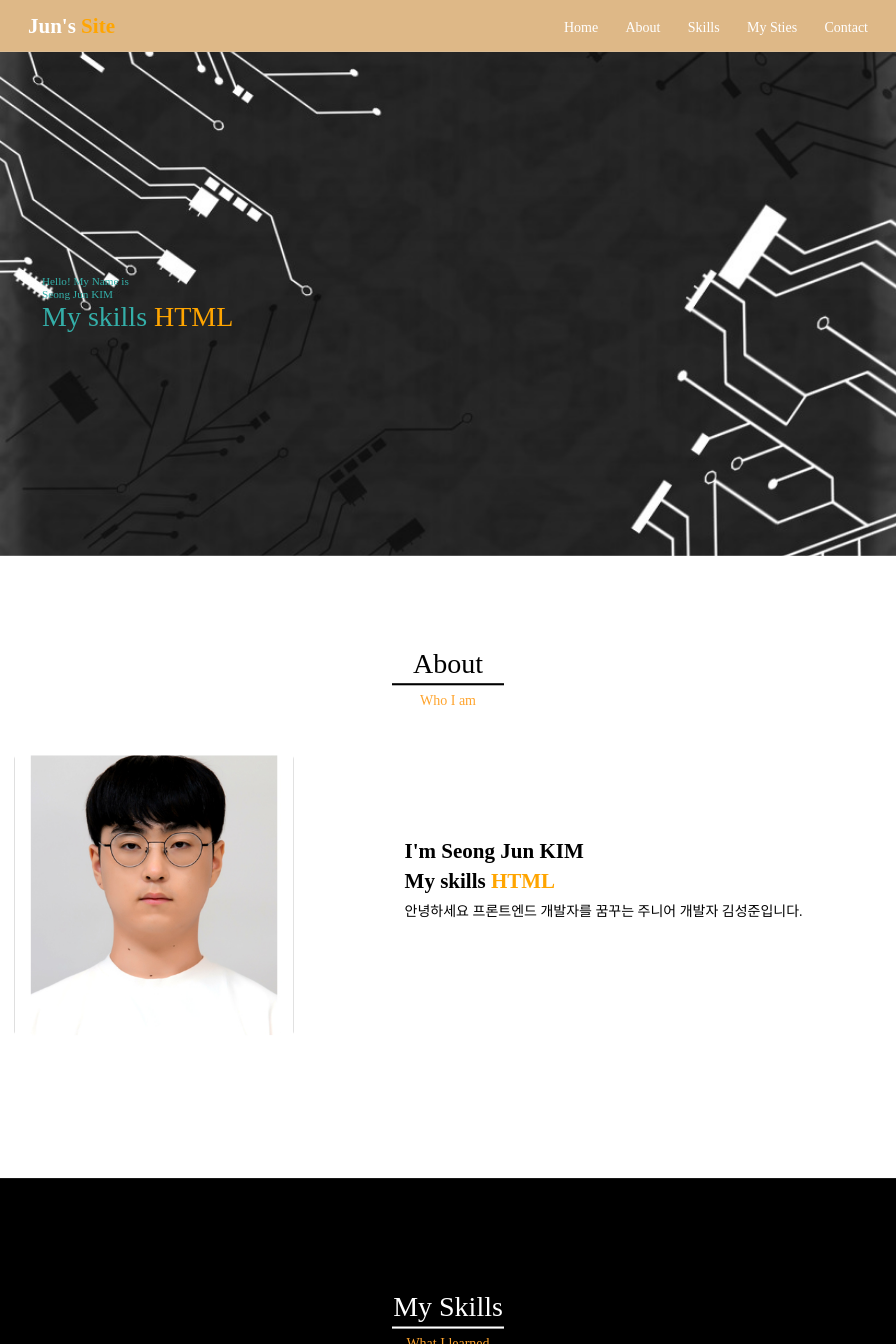
Repository: jun01270/jun
Page: index.html
These files come from the project's save history. The page is drawn as it stood at one moment and after the next save; the edit follows.
The browser window is 1280 px wide. The pictures show the part of the page from y = 0 to 1920 px (the page is 3823 px tall), at 70% of full size.
Some web libraries are served in a nearby version.

Above is the page before, as saved 2023-05-11 17:47:38.

### index.html
<!DOCTYPE html>
<html lang="en">
  <head>
    <meta charset="UTF-8" />
    <meta http-equiv="X-UA-Compatible" content="IE=edge" />
    <meta name="viewport" content="width=device-width, initial-scale=1.0" />
    <link rel="stylesheet" href="./css/style.css" />
    <link rel="stylesheet" href="./css/home.css" />
    <link rel="stylesheet" href="./css/about.css" />
    <link rel="stylesheet" href="./css/skills.css" />
    <link rel="stylesheet" href="./css/mysites.css" />
    <link rel="stylesheet" href="./css/contact.css" />

    <script
      src="https://kit.fontawesome.com/252eac6dbf.js"
      crossorigin="anonymous"
    ></script>
    <title>Jun's site</title>
  </head>
  <body>
    <nav class="navbar">
      <div class="max-width">
        <div class="logo">
          <a href="#home">Jun's <span>Site</span></a>
        </div>
        <ul class="menu-bar">
          <li><a href="#home" class="menu-btn" id="homeID">Home</a></li>
          <li><a href="#about" class="menu-btn" id="homeID">About</a></li>
          <li><a href="#skills" class="menu-btn">Skills</a></li>
          <li><a href="#my-sites" class="menu-btn">My Sties</a></li>
          <li><a href="#contact" class="menu-btn">Contact</a></li>
        </ul>
      </div>
    </nav>

    <!--home섹션-->
    <section class="home" id="home">
      <div class="max-width">
        <div class="home-section">
          <div class="text-1">Hello! My Name is</div>
          <div class="text-2">Seong Jun KIM</div>
          <div class="text-3">My skills <span class="typing1">HTML</span></div>
        </div>
      </div>
    </section>

    <!--about섹션-->
    <section class="about" id="about">
      <div class="max-width">
        <h2 class="title">About</h2>
        <div class="about-content">
          <div class="left-column"><img src="./img/profile.jpg" /></div>
          <div class="right-column">
            <div class="about-text">I'm Seong Jun KIM</div>
            <div class="about-skills">
              My skills <span class="typing2">HTML</span>
            </div>
            <p>
              안녕하세요 프론트엔드 개발자를 꿈꾸는 주니어 개발자 김성준입니다.
            </p>
          </div>
        </div>
      </div>
    </section>

    <!--skills섹션-->
    <section class="skills" id="skills">
      <div class="max-width">
        <h2 class="title">My Skills</h2>
        <div class="skills-content">
          <div class="left-column">
            <div class="skills-text">
              <div class="sub-title">My skills & Experience</div>
              <p>HTML, Css, js , react를 다루고 있습니다.</p>
            </div>
          </div>
          <div class="right-column">
            <div class="bars">
              <div class="bars-content">
                <span>HTML</span>
                <span>90%</span>
              </div>
              <div class="line html"></div>
            </div>
            <div class="bars">
              <div class="bars-content">
                <span>Css</span>
                <span>80%</span>
              </div>
              <div class="line css"></div>
            </div>
            <div class="bars">
              <div class="bars-content">
                <span>JavaScript</span>
                <span>80%</span>
              </div>
              <div class="line js"></div>
            </div>
            <div class="bars">
              <div class="bars-content">
                <span>React</span>
                <span>80%</span>
              </div>
              <div class="line react"></div>
            </div>
          </div>
        </div>
      </div>
    </section>

    <!--My sties섹션-->
    <section class="my-sites">
      <div class="max-width">
        <h2 class="title">My Sites</h2>
        <div class="my-sites-content">
          <div class="left-column">
            <a href="https://web-jun.tistory.com/" target="_blank">
              <div class="site">
                <div class="site-images">
                  <img src="/img/blog.jpg" alt="" />
                  <div class="site-text">BLOG</div>
                  <p>개발하는 블로그입니다.</p>
                </div>
              </div>
            </a>
          </div>
          <div class="right-column">
            <a href="https://github.com/jun01270" target="_blank">
              <div class="site">
                <div class="site-images">
                  <img src="/img/github.jpg" alt="" />
                  <div class="site-text">BLOG</div>
                  <p>깃허브 사이트입니다.</p>
                </div>
              </div>
            </a>
          </div>
        </div>
      </div>
    </section>

    <!--Contact 섹션-->
    <section class="contact">
      <div class="max-width">
        <h2 class="title">Contact me</h2>
        <div class="contact-content">
          <div class="left column">
            <div class="contact-text">My information</div>
            <p>
              동양미래대학교 컴퓨터소프트웨어공학과를 졸업하여 프론트엔드
              개발자가 되고싶은 주니어 개발자입니다.
            </p>
            <div class="icons-content">
              <i class="fas fa-user"></i>
              <div class="info">
                <div class="head">Name</div>
                <div class="tail">Seong Jun KIM</div>
              </div>
            </div>
            <div class="icons-content">
              <i class="fas fa-envelope"></i>
              <div class="info">
                <div class="head">E-mail</div>
                <div class="tail">kimsj012731@gmail.com</div>
              </div>
            </div>
            <div class="icons-content">
              <i class="fas fa-map-marked-alt"></i>
              <div class="info">
                <div class="head">Address</div>
                <div class="tail">경기도 광명시</div>
              </div>
            </div>
          </div>
          <div class="right column">
            <div class="contact-text">Message Me!</div>
            <form action="#">
              <div class="fields">
                <div class="field name">
                  <input type="text" placeholder="Name" />
                </div>
                <div class="field Email">
                  <input type="email" placeholder="E-mail" />
                </div>
              </div>
              <div class="field subject">
                <input type="text" placeholder="Subject" />
              </div>
              <div class="field contact-area">
                <textarea
                  cols="30"
                  rows="10"
                  placeholder="Contact.. "
                  required
                ></textarea>
              </div>
              <div class="button">
                <button type="submit">Send Message</button>
              </div>
            </form>
          </div>
        </div>
      </div>
    </section>

    <!--Footer섹션-->
    <footer></footer>

    <!--JS섹션-->
  </body>
</html>

### css/style.css
@import url("https://fonts.googleapis.com/css2?family=Lora&display=swap");

* {
  margin: 0;
  padding: 0;
  box-sizing: border-box;
  text-decoration: none;
}

.home .about .skills .my-sites .contact {
  padding-top: 86px;
}

html {
  scroll-behavior: smooth;
}

.max-width {
  max-width: 1300px;
  padding: 0 20px;
  margin: auto;
}

.section {
  padding: 100px 0;
}

/* .about, .skills, .my-sites, .contact, .footer{
    //폰트삽입
} */

.about .title,
.skills .title,
.my-sites .title,
.contact .title {
  position: relative;
  text-align: center;
  font-size: 40px;
  font-weight: 500;
  margin: 30px 0 100px 0;
  padding-bottom: 8px;
}

.about .title::before,
.skills .title::before,
.my-sites .title::before,
.contact .title::before {
  content: "";
  position: absolute;
  bottom: 0px;
  left: 50%;
  width: 160px;
  height: 3px;
  background-color: black;
  transform: translateX(-50%);
}

.title::after {
  content: "";
  position: absolute;
  bottom: -38px;
  left: 50%;
  font-size: 20px;
  color: rgb(255, 164, 45);
  padding: 5px;
  background-color: white;
  transform: translateX(-50%);
}

.about .about-content,
.skills .skills-content,
.my-sites .my-sites-content,
.contact .contact-content {
  display: flex;
  align-items: center;
  flex-wrap: wrap;
  justify-content: space-between;
}

.navbar {
  position: relative;
  width: 100%;
  padding: 20px 0;
  z-index: 999;
  transition: all 0.3s ease;
  background-color: burlywood;
}

.navbar .max-width {
  display: flex;
  align-items: center;
  justify-content: space-between;
}

.navbar .logo {
  font-size: 30px;
  font-weight: 600;
  margin-left: 20px;
  color: black;
}

.navbar .logo a {
  color: white;
  text-decoration: none;
}

.navbar .logo a span {
  color: orange;
  transition: all 0.3s ease;
}

.navbar .menu-bar li {
  list-style: none;
  margin: 5px 20px 0 0;
  display: inline-block;
}

.navbar .menu-bar li a {
  display: block;
  text-decoration: none;
  font-size: 20px;
  font-weight: 500;
  margin-left: 15px;
  transition: all 0.3s ease;
}

.menu-bar li:hover {
  background-color: orange;
  border-radius: 3px;
}

.navbar.sticky {
  padding: 20px 0;
  background-color: black;
}

.navbar.sticky .logo a span {
  color: white;
}

.navbar.sticky .menu-bar li a:hover {
  color: white;
}

.navbar .menu-btn {
  color: white;
  font-size: 25px;
  display: none;
  cursor: pointer;
}

@media screen and (max-width: 700px) {
  .navbar {
    flex-direction: column;
    align-items: flex-start;
    margin: 0;
  }

  .menu-bar {
    flex-direction: column;
    align-items: center;
    width: 100%;
  }

  .menu-bar li {
    width: 100%;
    text-align: center;
  }
}

### css/home.css
.home {
  display: flex;
  height: 100vh;
  min-height: 500px;
  color: rgb(52, 175, 169);
  background: url("../img/back.jpg") no-repeat center;
  background-size: cover;
}

.home .max-width {
  margin: auto 0 auto 40px;
}

.home .home-section .text1 {
  font-size: 30px;
}

.home .home-section .text2 {
  font-size: 75px;
  font-weight: 600;
}

.home .home-section .text-3 {
  font-size: 40px;
}

.home .home-section .text-3 span {
  color: orange;
  font-weight: 500;
}

### css/about.css
.about {
  padding: 100px 0;
  transition: all 0.3s ease;
}

.about .title::after {
  content: "Who I am";
  background-color: white;
}

.about .about-content {
  margin-bottom: 100px;
}

.about .about-content .left-column {
  width: 45%;
}

.about .about-content .left-column img {
  height: 400px;
  width: 400px;
  object-fit: cover;
  border-radius: 6px;
}

.about .about-content .right-column {
  width: 55%;
  margin-bottom: 50px;
}

.about .about-content .right-column .about-text,
.about .about-content .right-column .about-skills {
  font-size: 30px;
  font-weight: 600;
  margin-bottom: 10px;
}

.about .about-content .right-column .about-skills span {
  color: orange;
}

.about .about-content .right-column P {
  text-align: justify;
  font-size: 20px;
}

### css/skills.css
.skills {
  padding: 100px 0;
  transition: all 0.3s ease;
}

.skills .title {
  padding-top: 30px;
}

.skills .title::before {
  background-color: white;
}

.skills .title::after {
  content: "What I learned";
  background-color: black;
}

.skills {
  color: white;
  background-color: black;
  padding-bottom: 100px;
}

.skills .sub-title {
  font-size: 30px;
  font-weight: 600;
  padding-bottom: 10px;
}

.skills .skills-content .left-column,
.skills .skills-content .right-column {
  width: calc(50% - 30px);
}

.skills .skills-content .left-column .skills-text {
  font-size: 23px;
  font-weight: 300;
  margin: 0 0 20px 10px;
  text-align: justify;
}

.skills .skills-content .left-column p {
  font-size: 20px;
}

.skills .skills-content .right-column .bars {
  margin-bottom: 15px;
}

.skills .skills-content .right-column .bars-content {
  display: flex;
  margin-bottom: 5px;
  align-items: center;
  justify-content: space-between;
}

.skills .skills-content span {
  font-size: 23px;
  font-weight: 600;
}

.skills .skills-content .right-column .line {
  height: 5px;
  background-color: white;
  width: 100%;
  position: relative;
}

.skills .skills-content .right-column .line::before {
  content: "";
  position: absolute;
  height: 100%;
  left: 0;
  top: 0;
  background-color: crimson;
}

.skills .skills-content .right-column .html::before {
  width: 90%;
}

.skills .skills-content .right-column .css::before {
  width: 65%;
}

.skills .skills-content .right-column .js::before {
  width: 68%;
}

.skills .skills-content .right-column .react::before {
  width: 80%;
}

### css/mysites.css
.my-sites {
  padding: 100px 0;
  transition: all 0.3s ease;
}

.my-sites .title::after {
  content: "What Is My Site ";
}

.my-sites .my-sites-content {
  margin-bottom: 100px;
}

.my-sites .my-sites-content .left-column {
  margin-left: 20%;
}

.my-sites .my-sites-content .right-column {
  margin-right: 20%;
}

.my-sites .my-sites-content a {
  display: flex;
  text-align: center;
  color: black;
}

.my-sites .my-sites-content a,
.my-sites .my-sites-content a:visited,
.my-sites .my-sites-content a:active,
.my-sites .my-sites-content a:hover {
  text-decoration: none;
}

.my-sites .my-sites-content .site {
  background-color: white;
  border-radius: 6px;
  padding: 25px 35px;
  transition: all 0.3s ease;
}

.my-sites .my-sites-content .site img {
  height: 150px;
  width: 150px;
  object-fit: cover;
  border-radius: 50%;
  border: 5px solid rgb(255, 164, 45);
  transition: all 0.3 ease;
}

.my-sites .my-sites-content .site-text {
  font-size: 25px;
  font-weight: 600;
}

.my-sites .my-sites-content p {
  font-size: 18px;
  text-align: justify;
}

.my-sites .my-sites-content .site:hover {
  background-color: rgb(25, 8, 53);
  color: white;
  transform: scale(1.05);
}

.my-sites .my-sites-content .site:hover img {
  border-color: white;
}

### css/contact.css
.contact {
  color: white;
  background-color: rgb(25, 8, 53);
  padding-bottom: 50px;
  padding: 100px 0;
  transition: all 0.3s ease;
}

.contact .title {
  padding-top: 40px;
  margin-bottom: 120px;
  color: white;
}

.contact .title::before {
  background-color: white;
}

.contact .title::after {
  content: "How to Contact Me";
  background-color: rgb(25, 8, 53);
}

.contact .contact-content .column {
  width: 45%;
}

.contact .contact-content .contact-text {
  font-size: 25px;
  font-weight: 600;
  padding-bottom: 10px;
}

.contact .contact p {
  font-size: 15px;
  text-align: justify;
}

.contact .contact-content .left .icons {
  margin: 15px 0;
}

.contact .contact-content .icons-content {
  display: flex;
  align-items: center;
  height: 60px;
}

.contact .contact-content .icons-content i {
  margin-right: 20px;
  font-size: 25px;
  color: rgb(255, 164, 45);
}

.contact .contact-content .icons-content .info .head {
  font-weight: 600;
  font-size: 15px;
}

.contact .contact-content .icons-content .info .tail {
  color: rgb(230, 220, 220);
}

.contact .contact-content .fields {
  display: flex;
}

.contact .contact-content .field,
.contact .contact-content .fields .field {
  height: 40px;
  width: 100%;
  margin-bottom: 15px;
}

.contact .contact-content .right {
  margin-bottom: 50px;
}

.contact .contact-content .right .contact-area {
  height: 80px;
  width: 100%;
}

.contact .right form .name {
  margin-right: 10px;
}

.contact .right form .email {
  margin-left: 10px;
}

.contact .right form .field input,
.contact .right form .contact-area textarea {
  height: 100%;
  width: 100%;
  border: 1px solid rgb(255, 164, 45);
  border-radius: 6px;
  outline: none;
  padding: 0 15px;
  font-size: 15px;
}

.contact .right form .contact-area textarea {
  padding-top: 10px;
  resize: none;
}

.contact .right form .button {
  height: 40px;
  width: 120px;
}

.contact .right form .button button {
  width: 100%;
  height: 100%;
  border: 2px solid rgb(255, 164, 45);
  background-color: rgb(255, 164, 45);
  border-radius: 6px;
  font-size: 15px;
  font-weight: 600;
  transition: all 0.3s ease;
}

.contact .right form .button button:hover {
  color: rgb(255, 164, 45);
  background: none;
}

After the next save:
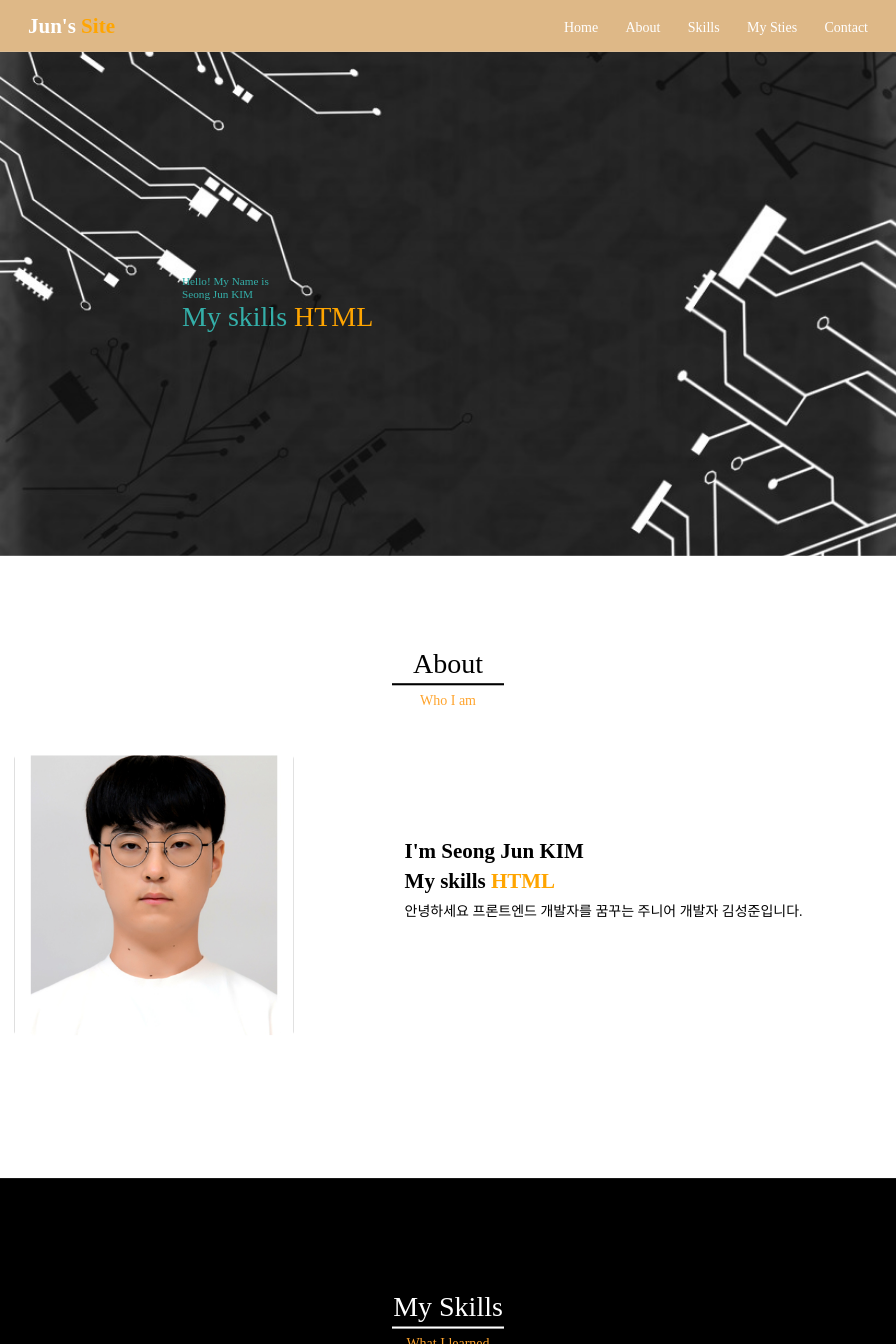
Saved 76 s later.
--- a/css/home.css
+++ b/css/home.css
@@ -9,6 +9,10 @@
 
 .home .max-width {
   margin: auto 0 auto 40px;
+}
+
+.home .home-section {
+  margin-left: 200px;
 }
 
 .home .home-section .text1 {
